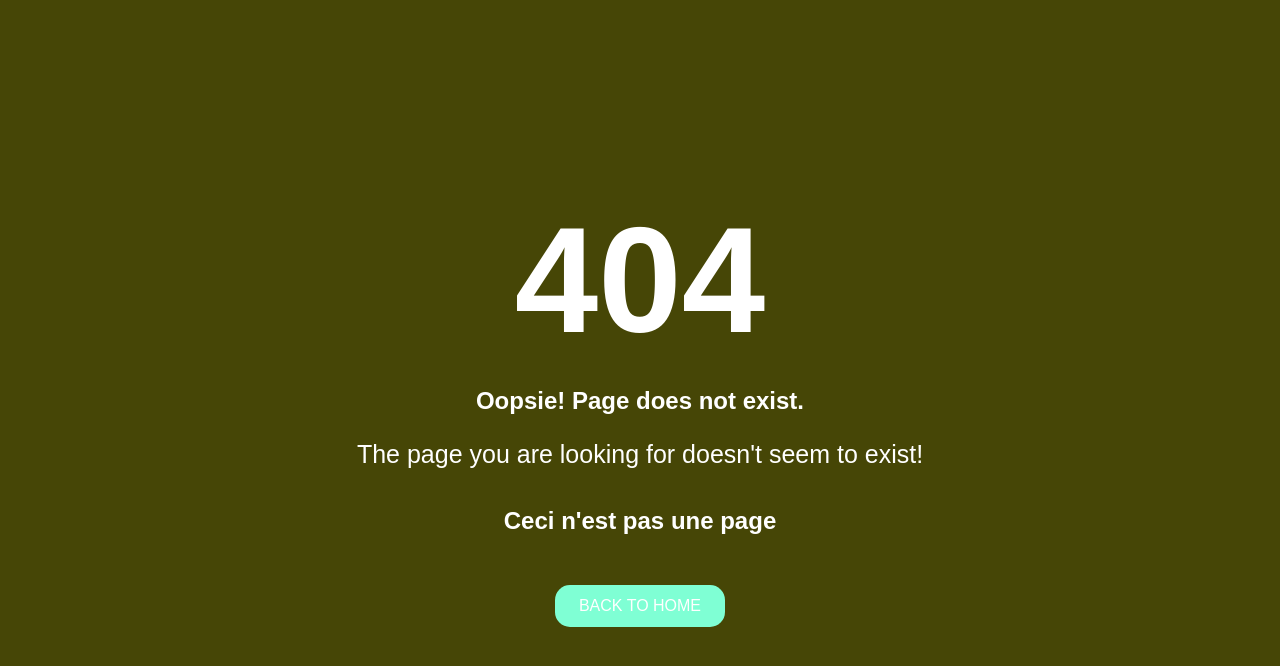
Repository: Nyiriek/alu-system_engineering-devops
Page: web_server/5-design_a_beautiful_404_page.html
The author's editor kept a copy of each file at every save. The page is drawn from the files as they stood at one save, then again after the next save.
The browser window is 1280 px wide. The pictures show the whole page.

Above is the page before, as saved 2023-08-05 13:14:01.

### web_server/5-design_a_beautiful_404_page.html
<!DOCTYPE html>
<html lang="en">
  <head>
    <meta charset="UTF-8" />
    <meta name="viewport" content="width=device-width, initial-scale=1.0" />
    <title>404 - Page Not Found</title>
    <link rel="stylesheet" href="styles.css" />
  </head>

  <body>
    <div class="error-container">
      <div class="error-content">
        <h1>404</h1>
        <h2>Oopsie! Page does not exist.</h2>
        <p>The page you are looking for doesn't seem to exist!</p>
        <br />
        <h2>Ceci n'est pas une page</h2>
        <a href="/" class="back-home-btn">Back to Home</a>
      </div>
    </div>
  </body>
</html>

### web_server/styles.css
body {
    margin: 0;
    padding: 0;
    font-family: Arial, sans-serif;
    background-color: #0c0101;
}

.error-container {
    display: flex;
    justify-content: center;
    align-items: center;
    height: 100vh;
    background-color: #464606;
    background-position: center;
}

.error-content {
    text-align: center;
    color: #fff;
}

h1 {
    font-size: 150px;
    margin-bottom: 20px;
    font-weight: bold;
}

p {
    font-size: 25px;
    margin-bottom: auto;
}

.back-home-btn {
    display: inline-block;
    padding: 12px 24px;
    background-color: aquamarine;
    color: #fff;
    font-size: 16px;
    text-decoration: none;
    border-radius: 15px;
    transition: background-color 0.3s ease;
    margin-top: 30px;
    text-decoration: none;
    text-transform: uppercase;
}

.back-home-btn:hover {
    background-color: #422b04;
}

After the next save:
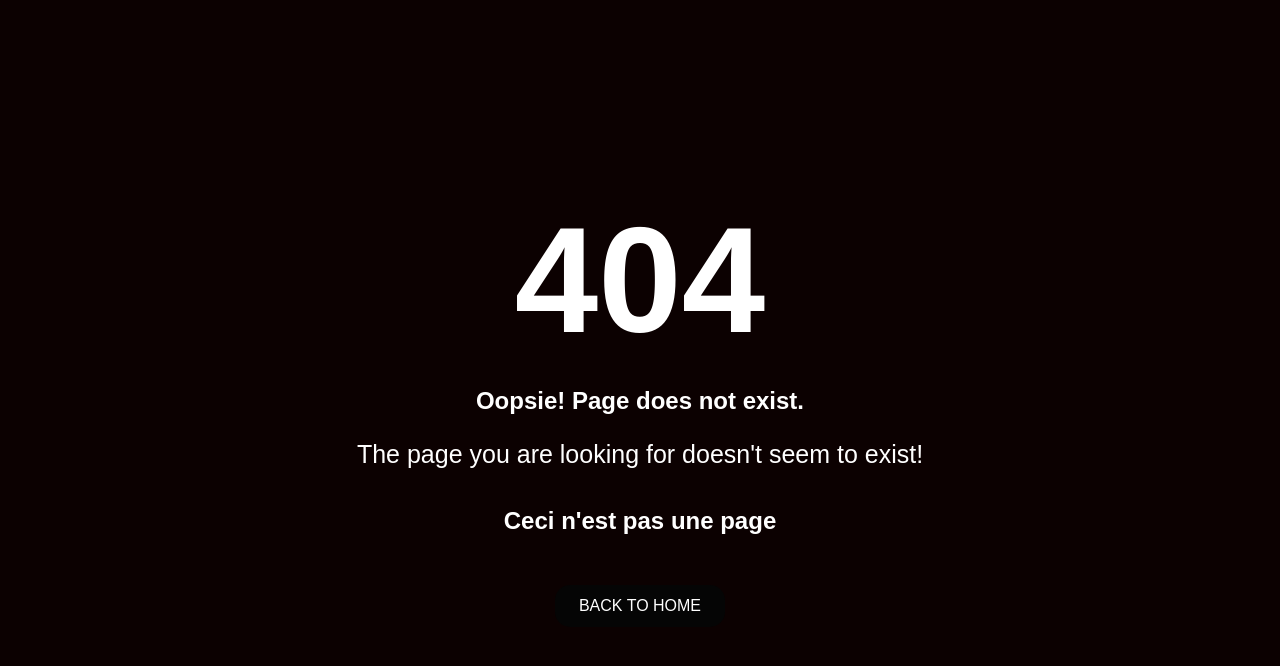
Saved 3 min 34 s later.
--- a/web_server/styles.css
+++ b/web_server/styles.css
@@ -10,7 +10,7 @@ body {
     justify-content: center;
     align-items: center;
     height: 100vh;
-    background-color: #464606;
+    background-color: none;
     background-position: center;
 }
 
@@ -33,7 +33,7 @@ p {
 .back-home-btn {
     display: inline-block;
     padding: 12px 24px;
-    background-color: aquamarine;
+    background-color: rgb(5, 5, 5);
     color: #fff;
     font-size: 16px;
     text-decoration: none;
